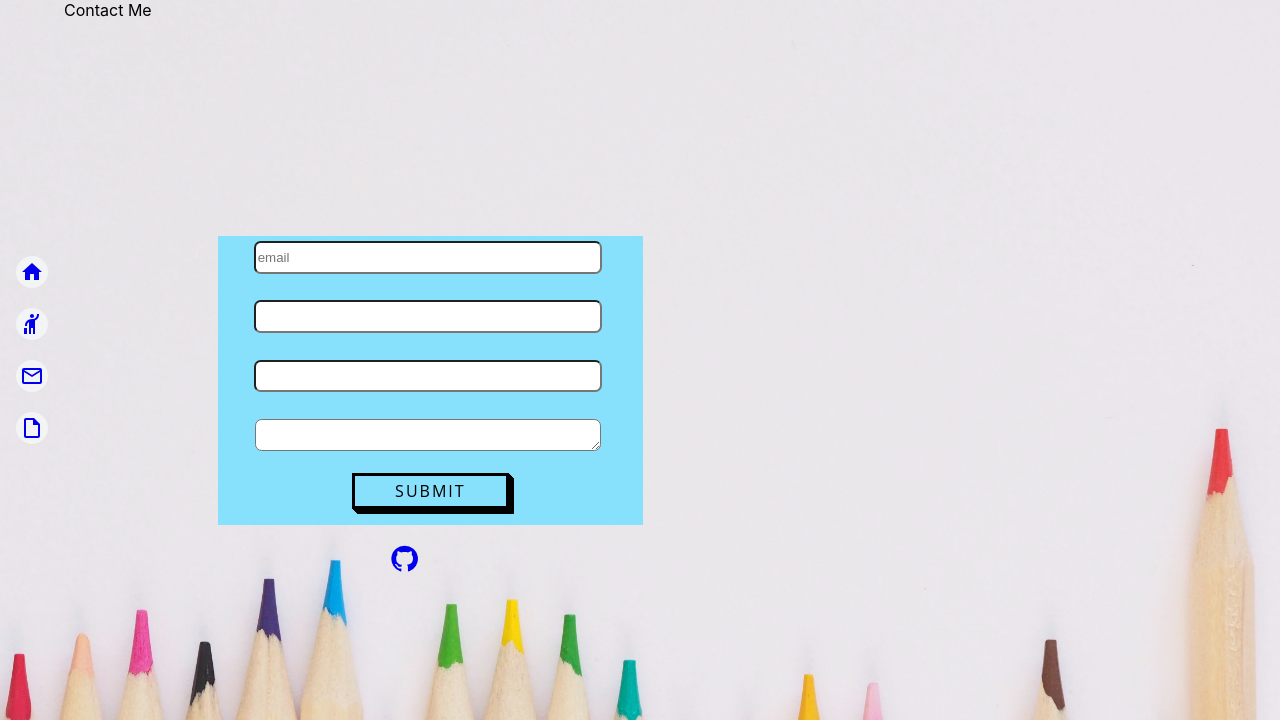
Repository: ujjawalmittal55/portfolio1
Page: /contact
These files come from the project's save history. The page is drawn as it stood at one moment and after the next save; the edit follows.
The browser window is 1280 px wide. The pictures show the whole page.
The project was rebuilt for these pictures with package versions that can differ from the ones it lists, and the page was loaded fresh each time. Also part of the build but not shown: src/display.css, src/Display.tsx, src/about.css, src/About.jsx, src/document.css, src/Document.jsx.

Above is the page before, as saved 2022-05-18 22:20:10.

### public/index.html
<!DOCTYPE html>
<html lang="en">
  <head>

    <style>
      @import url('https://fonts.googleapis.com/css2?family=Montserrat:ital,wght@0,100;1,100&family=Source+Code+Pro:wght@300&display=swap');
    </style>
    <meta charset="utf-8" />
    <link rel="icon" href="%PUBLIC_URL%/favicon.ico" />
    <meta name="viewport" content="width=device-width, initial-scale=1" />
    <meta name="theme-color" content="#000000" />
    <meta
      name="description"
      content="Web site created using create-react-app"
    />
    <link rel="apple-touch-icon" href="%PUBLIC_URL%/logo192.png" />
    <!--
      manifest.json provides metadata used when your web app is installed on a
      user's mobile device or desktop. See https://developers.google.com/web/fundamentals/web-app-manifest/
    -->
    <link rel="manifest" href="%PUBLIC_URL%/manifest.json" />
    <!--
      Notice the use of %PUBLIC_URL% in the tags above.
      It will be replaced with the URL of the `public` folder during the build.
      Only files inside the `public` folder can be referenced from the HTML.

      Unlike "/favicon.ico" or "favicon.ico", "%PUBLIC_URL%/favicon.ico" will
      work correctly both with client-side routing and a non-root public URL.
      Learn how to configure a non-root public URL by running `npm run build`.
    -->
    <title>React App</title>
  </head>
  <body>
    <noscript>You need to enable JavaScript to run this app.</noscript>
    <div id="root"></div>
    <!--
      This HTML file is a template.
      If you open it directly in the browser, you will see an empty page.

      You can add webfonts, meta tags, or analytics to this file.
      The build step will place the bundled scripts into the <body> tag.

      To begin the development, run `npm start` or `yarn start`.
      To create a production bundle, use `npm run build` or `yarn build`.
    -->
  </body>
</html>

### src/index.tsx
import React from "react";
import ReactDOM from "react-dom/client";
import "./index.css";
import App from "./App";
import Portfolio from "./Portfolio";
import SideBar from "./SideBar";

import reportWebVitals from "./reportWebVitals";
import { BrowserRouter } from "react-router-dom";

const rootElement = document.getElementById("root");
if (!rootElement) throw new Error("Failed to find the root element");
const root = ReactDOM.createRoot(rootElement);
root.render(
  <React.StrictMode>
    <BrowserRouter>
      <Portfolio />
    </BrowserRouter>
  </React.StrictMode>
);

// If you want to start measuring performance in your app, pass a function
// to log results (for example: reportWebVitals(console.log))
// or send to an analytics endpoint. Learn more: https://bit.ly/CRA-vitals
reportWebVitals();

### src/Portfolio.tsx
import React, { Component } from "react";
import { BrowserRouter, Route, Link, Routes } from "react-router-dom";
import Display from "./Display";
import "./homepage.css";
import SideBar from "./SideBar";
import About from "./About";
import Document from "./Document";
import Contact from "./Contact";
function Portfolio() {
  return (
    <div className="Home">
      <div className="sidebar">
        <SideBar />
      </div>
      <div className="main_content">
        <Routes>
          <Route path="/" element={<Display />} />
          <Route path="/about" element={<About />} />
          <Route path="/contact" element={<Contact />} />
          <Route path="/projects" element={<Display />} />
          <Route path="/document" element={<Document />} />
        </Routes>
      </div>
    </div>
  );
}

export default Portfolio;

### src/homepage.css
.Home {
  background-image: url("/public/bg.jpg");
  background-size: cover;
  background-repeat: no-repeat;
  display: flex;
}
.main_content {
  flex: 1;
}

### src/SideBar.tsx
import React, { useState } from "react";
import {
  BrowserRouter as Router,
  Route,
  Link,
  useParams,
  NavLink,
} from "react-router-dom";

import "./sidebar.css";
import HomeIcon from "@mui/icons-material/Home";
import HailIcon from "@mui/icons-material/Hail";
import InsertDriveFileOutlinedIcon from "@mui/icons-material/InsertDriveFileOutlined";
import EmailOutlinedIcon from "@mui/icons-material/EmailOutlined";
import { motion } from "framer-motion";

function SideBar() {
  return (
    <div>
      <div className="sidebar">
        <ul className="sidebar-items">
          <li className="list">
            <Link to="/">
              <div className="list-div">
                <HomeIcon>home</HomeIcon>
              </div>
            </Link>
          </li>
          <Link to="/about">
            <motion.li
              className="list"
              whileHover={{ scale: 1.1, transition: { yoyo: Infinity } }}
            >
              <div className="list-div">
                <HailIcon>home</HailIcon>
              </div>
            </motion.li>
          </Link>
          <Link to="/contact">
            <li className="list">
              <div className="list-div">
                <EmailOutlinedIcon>home</EmailOutlinedIcon>
              </div>
            </li>
          </Link>

          <Link to="/document">
            <li className="list">
              <div className="list-div">
                <InsertDriveFileOutlinedIcon>home</InsertDriveFileOutlinedIcon>
              </div>
            </li>
          </Link>
        </ul>
      </div>
    </div>
  );
}

export default SideBar;

### src/Contact.jsx
import React, { useState } from "react";
import { GitHub } from "@mui/icons-material";
import { motion } from "framer-motion";
import "./contact.css";
const spanVariants = {
  hidden: {
    opacity: 0,
    y: "100vh",
  },
  visible: {
    opacity: 1,
    y: 0,
    scale: 1.2,
    transition: { duration: 2 },
  },
};
const inputVariants = {
  hover: {
    scale: 1.2,
  },
};
function Contact() {
  const [email, setEmail] = useState("");
  const [name, setName] = useState("");
  const [phone, setPhone] = useState("");
  const [query, setQuery] = useState("");
  const clearState = () => {
    setName("");
    setEmail("");
    setPhone("");
    setQuery("");
  };

  const submit = (e) => {
    e.preventDefault();
    clearState();
  };
  return (
    <div>
      <motion.div className="contact"> Contact Me</motion.div>
      <motion.form
        className="form"
        initial={{ y: "-100vh" }}
        animate={{ y: 0 }}
        transition={{ duration: 1 }}
      >
        <motion.input
          variant={inputVariants}
          whileFocus="hover"
          className="Input"
          placeholder="email"
          type="email"
          onChange={(e) => setEmail(e.target.value)}
          value={email}
        />
        <input
          className="Input"
          type="text"
          value={name}
          onChange={(e) => setName(e.target.value)}
        />

        <input
          className="Input"
          type="number"
          value={phone}
          onChange={(e) => setPhone(e.target.value)}
        />

        <textarea
          className="Input"
          maxLength="500"
          initial="wirte your Query"
          value={query}
          onChange={(e) => setQuery(e.target.value)}
        ></textarea>
        <motion.div
          className="button"
          whileHover={{
            scale: 1.1,
            animate: { style: { boxShadow: "1px 0px 10px #F0FFFF  " } },
            transition: { delay: 0, yoyo: Infinity },
          }}
          onClick={(e) => submit(e)}
        >
          submit
        </motion.div>
      </motion.form>
      <motion.div
        className="social"
        variants={spanVariants}
        initial="hidden"
        animate="visible"
      >
        <a href="https://github.com/ujjawalmittal55" target="_blank">
          <GitHub />{" "}
        </a>
      </motion.div>
    </div>
  );
}

export default Contact;

### src/sidebar.css
.sidebar {
  height: 100%;
  /* background-color: rgb(221, 195, 195) */
}
.sidebar {
  height: 100vh;
  display: grid;
  align-items: center;
  text-align: center;
  text-decoration: none;
}
.sidebar-items {
  padding: 0;
  margin: 1em;
}

.list {
  font-size: 1em;
  margin-bottom: 1.25em;
  list-style-type: none;
  text-align: center;
  text-decoration: none;
  padding: auto;
}

.list-div:hover {
  text-decoration: underline;
  transform: scale(1.25);
  background-color: rgb(126, 128, 247);
}

.list-div {
  display: flex;
  justify-content: center;
  align-items: center;
  text-align: center;
  height: 2em;
  width: 2em;
  background-color: rgb(242, 244, 245);
  border-radius: 50%;
  transition-duration: 0.5s;
}

### src/contact.css
.form {
  background-color: rgb(136, 225, 252);
  display: flex;
  flex-direction: column;
  text-align: center;
  margin-top: 30vh;
  margin-left: 12vw;
  width: 35%;
  grid-template-columns: 1fr 1fr;
  grid-row-gap: 3vh;
  align-content: space-between;
  justify-content: space-between;
  align-items: center;
}
.elements {
  margin-top: 5px;
  margin-right: 5px;
  margin-bottom: 10px;
  font-family: "Source Code Pro", monospace;
  font-weight: bold;
}
.button {
  /* margin-left: 10px; */
  text-align: center;
  width: 30%;
  font-family: "Open Sans", sans-serif;
  font-size: 16px;
  letter-spacing: 2px;
  margin-bottom: 1em;
  text-decoration: none;
  text-transform: uppercase;
  color: #000;
  cursor: pointer;
  border: 3px solid;
  padding: 0.25em 0.5em;
  box-shadow: 1px 1px 0px 0px, 2px 2px 0px 0px, 3px 3px 0px 0px, 4px 4px 0px 0px,
    5px 5px 0px 0px;
  position: relative;
  user-select: none;
  -webkit-user-select: none;
  touch-action: manipulation;
}

.button:active {
  box-shadow: 0px 0px 0px 0px;
  top: 5px;
  left: 5px;
}

@media (min-width: 768px) {
  .button {
    padding: 0.25em 0.75em;
  }
}

.Input {
  margin-top: 5px;
  margin-right: 5px;
  width: 80%;
  height: 2em;
  border-radius: 0.5em;
}
.Input:focus {
  border: 2px solid rgb(44, 230, 2);
  box-shadow: 0 0 0.5rem 0.5rem rgb(18, 181, 200);
}
.social {
  display: grid;
  text-align: center;
  margin-top: 3vh;
  margin-left: 20vw;
  width: 35%;
  grid-template-columns: 1fr 1fr;
  grid-row-gap: 3vh;
  align-content: center;
  justify-content: center;
  align-items: center;
  border-radius: 10%;
}

Loaded but not shown: src/index.css (common file); src/reportWebVitals.js (common file)

After the next save:
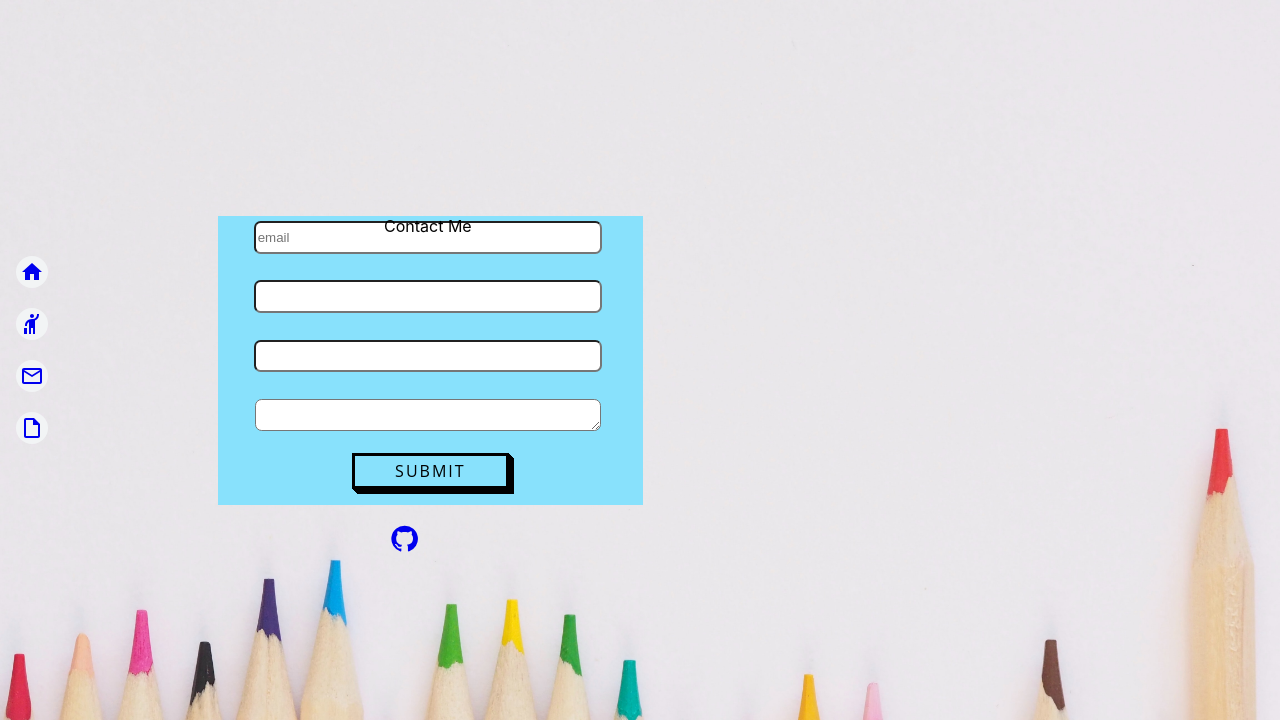
Saved 32 s later.
--- a/src/contact.css
+++ b/src/contact.css
@@ -1,3 +1,7 @@
+.contact {
+  position: absolute;
+  left: 30%;
+}
 .form {
   background-color: rgb(136, 225, 252);
   display: flex;
